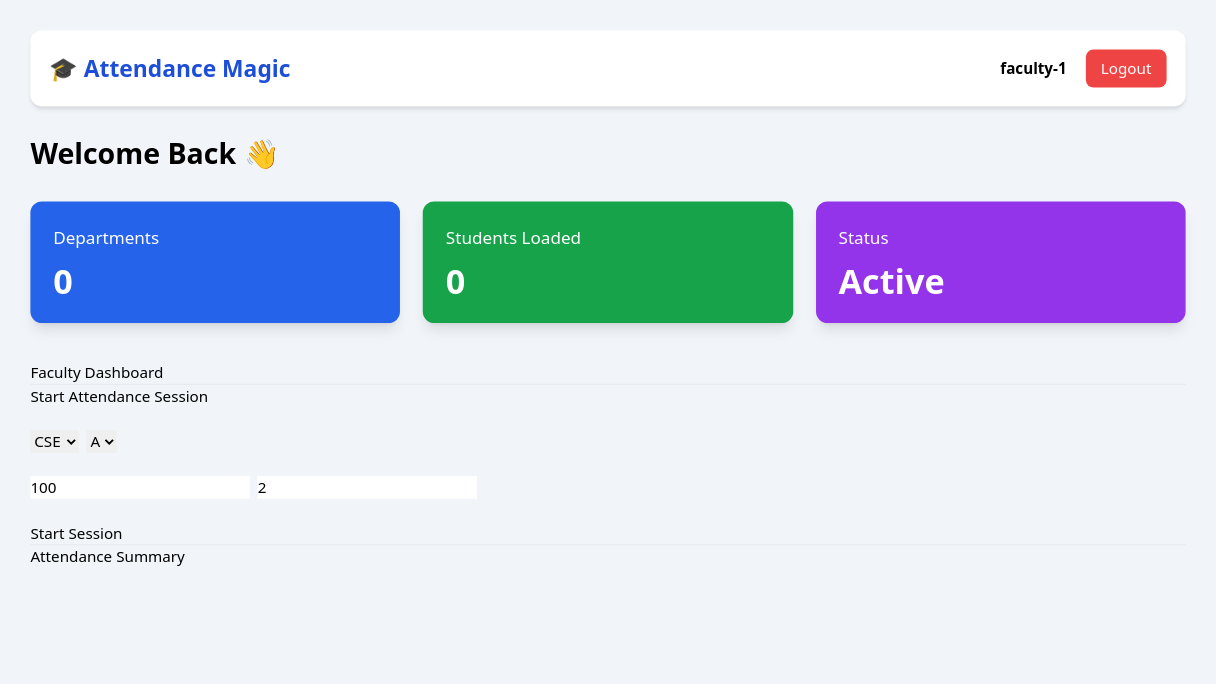
Repository: SparcxSolutions/Attendance_Magic
Page: /faculty (app in frontend/)
An editor plug-in stored every save of this project. The page is shown before and after the next save, followed by the edit.
The browser window is 1280 px wide. The pictures show the whole page, at 95% of full size.
The page's requests for data from a server got no answer. The project was rebuilt for these pictures with package versions that can differ from the ones it lists, and the page was loaded fresh each time. No one was signed in, and anything a server would have sent is missing. Also part of the build but not shown: frontend/vite.config.js, frontend/src/pages/Login.jsx.

Above is the page before, as saved 2026-07-14 17:57:17.

### frontend/src/App.jsx
// import { useState } from "react";
// import axios from "axios";
// import FacultyDashboard from "./components/FacultyDashboard";

// function App() {
//   const [verified, setVerified] = useState(false);
//   const [message, setMessage] = useState("");

//   const [department, setDepartment] = useState("");
//   const [section, setSection] = useState("");
//   const [name, setName] = useState("");
//   const [rollNumber, setRollNumber] = useState("");

//   const [attendanceDone, setAttendanceDone] = useState(false);

//   const verifyLocation = () => {
//     navigator.geolocation.getCurrentPosition(
//       async (position) => {
//         try {
//           const response = await axios.post(
//             "http://127.0.0.1:8000/api/verify-location/",
//             {
//               latitude: position.coords.latitude,
//               longitude: position.coords.longitude,
//             }
//           );

//           if (response.data.verified) {
//             setVerified(true);
//             setMessage("Location Verified ✅");
//           } else {
//             setMessage("Outside Allowed Area ❌");
//           }
//         } catch (error) {
//           if (error.response) {
//             setMessage(error.response.data.message);
//           } else {
//             setMessage("Verification Failed");
//           }
//         }
//       },
//       () => {
//         setMessage("Location Access Denied");
//       }
//     );
//   };

//   const submitAttendance = async () => {
//     try {
//       const response = await axios.post(
//         "http://127.0.0.1:8000/api/mark-attendance/",
//         {
//           department,
//           section,
//           name,
//           roll_number: rollNumber,
//         }
//       );

//       if (response.data.message === "Attendance Marked") {
//         setAttendanceDone(true);
//         setMessage("");
//       }
//     } catch (error) {
//       setMessage(
//         error.response?.data?.message ||
//           "Attendance Failed"
//       );
//     }
//   };

//   return (
//     <div>

//       <h1>Attendance Magic</h1>

//       {!verified && (
//         <button onClick={verifyLocation}>
//           Verify Location
//         </button>
//       )}

//       <h3>{message}</h3>

//       {verified && !attendanceDone && (
//         <div>

//           <h2>Attendance Form</h2>

//           <br />

//           <select
//             value={department}
//             onChange={(e) =>
//               setDepartment(e.target.value)
//             }
//           >
//             <option value="">
//               Select Department
//             </option>

//             <option value="CSE">
//               CSE
//             </option>

//             <option value="CSD">
//               CSD
//             </option>

//             <option value="ECE">
//               ECE
//             </option>
//           </select>

//           <br /><br />

//           <select
//             value={section}
//             onChange={(e) =>
//               setSection(e.target.value)
//             }
//           >
//             <option value="">
//               Select Section
//             </option>

//             <option value="A">
//               A
//             </option>

//             <option value="B">
//               B
//             </option>

//             <option value="C">
//               C
//             </option>

//             <option value="D">
//               D
//             </option>
//           </select>

//           <br /><br />

//           <input
//             type="text"
//             placeholder="Enter Name"
//             value={name}
//             onChange={(e) =>
//               setName(e.target.value)
//             }
//           />

//           <br /><br />

//           <input
//             type="text"
//             placeholder="Enter Roll Number"
//             value={rollNumber}
//             onChange={(e) =>
//               setRollNumber(e.target.value)
//             }
//           />

//           <br /><br />

//           <button onClick={submitAttendance}>
//             Submit Attendance
//           </button>

//         </div>
//       )}

//       {attendanceDone && (

//         <div>

//           <h2>
//             ✅ Attendance Marked Successfully
//           </h2>

//           <p>
//             <strong>Name:</strong> {name}
//           </p>

//           <p>
//             <strong>Roll Number:</strong> {rollNumber}
//           </p>

//           <p>
//             <strong>Department:</strong> {department}
//           </p>

//           <p>
//             <strong>Section:</strong> {section}
//           </p>

//           <h3>
//             Thank You 🎉
//           </h3>

//         </div>

//       )}

//       <hr />

//       <FacultyDashboard />

//     </div>
//   );
// }

// export default App;


import {
    BrowserRouter,
    Routes,
    Route,
} from "react-router-dom";

import Login from "./pages/Login";
import FacultyDashboard from "./pages/FacultyDashboard";

function App() {

    return (

        <BrowserRouter>

            <Routes>

                <Route
                    path="/"
                    element={<Login />}
                />

                <Route
                    path="/faculty"
                    element={<FacultyDashboard />}
                />

            </Routes>

        </BrowserRouter>

    );

}

export default App;

### frontend/src/pages/FacultyDashboard.jsx
import Navbar from "../components/Navbar";
import StatsCard from "../components/StatsCard";
import { useEffect, useState } from "react";
import API from "../services/api";

function FacultyDashboard() {

    const [summary, setSummary] = useState([]);
    const [students, setStudents] = useState([]);

    const [department, setDepartment] = useState("CSE");
    const [section, setSection] = useState("A");
    const [radius, setRadius] = useState(100);
    const [duration, setDuration] = useState(2);

    const [attendanceLink, setAttendanceLink] = useState("");

    useEffect(() => {

        fetchSummary();

    }, []);

    const fetchSummary = async () => {

        try {

            const response = await API.get(
                "attendance-summary/"
            );

            setSummary(response.data);

        }

        catch (error) {

            console.log(error);

        }

    };

    const fetchStudents = async (
        department,
        section
    ) => {

        try {

            const response = await API.get(
                `attendance-list/?department=${department}&section=${section}`
            );

            setStudents(response.data);

        }

        catch (error) {

            console.log(error);

        }

    };

    const startSession = async () => {

        try {

            const response = await API.post(
                "start-session/",
                {
                    department,
                    section,
                    faculty_latitude: 17.385,
                    faculty_longitude: 78.486,
                    radius,
                    duration_minutes: duration
                }
            );

            setAttendanceLink(
                response.data.attendance_link
            );

            alert("Attendance Session Started");

            fetchSummary();

        }

        catch (error) {

            console.log(error);

            alert("Unable to Start Session");

        }

    };

    const departments = {};

    summary.forEach((item) => {

        if (!departments[item.department]) {

            departments[item.department] = [];

        }

        departments[item.department].push(item);

    });

    return (

        <div className="min-h-screen bg-slate-100 p-8">
            <Navbar />

<h1 className="text-3xl font-bold mb-8">
    Welcome Back 👋
</h1>

<div className="grid grid-cols-1 md:grid-cols-3 gap-6 mb-10">

    <StatsCard
        title="Departments"
        value={Object.keys(departments).length}
        color="bg-blue-600"
    />

    <StatsCard
        title="Students Loaded"
        value={students.length}
        color="bg-green-600"
    />

    <StatsCard
        title="Status"
        value="Active"
        color="bg-purple-600"
    />

</div>

            <h1>Faculty Dashboard</h1>

            <hr />

            <h2>Start Attendance Session</h2>

            <br />

            <select
                value={department}
                onChange={(e) =>
                    setDepartment(e.target.value)
                }
            >

                <option value="CSE">CSE</option>

                <option value="CSD">CSD</option>

                <option value="ECE">ECE</option>

            </select>

            &nbsp;&nbsp;

            <select
                value={section}
                onChange={(e) =>
                    setSection(e.target.value)
                }
            >

                <option value="A">A</option>

                <option value="B">B</option>

                <option value="C">C</option>

                <option value="D">D</option>

            </select>

            <br /><br />

            <input
                type="number"
                placeholder="Radius"
                value={radius}
                onChange={(e) =>
                    setRadius(e.target.value)
                }
            />

            &nbsp;&nbsp;

            <input
                type="number"
                placeholder="Duration"
                value={duration}
                onChange={(e) =>
                    setDuration(e.target.value)
                }
            />

            <br /><br />

            <button onClick={startSession}>
                Start Session
            </button>

            {

                attendanceLink && (

                    <div>

                        <hr />

                        <h3>Attendance Link</h3>

                        <p>{attendanceLink}</p>

                        <button

                            onClick={() => {

                                navigator.clipboard.writeText(
                                    attendanceLink
                                );

                                alert("Link Copied");

                            }}

                        >

                            Copy Link

                        </button>

                    </div>

                )

            }

            <hr />

            <h2>Attendance Summary</h2>

            {

                Object.keys(departments).map(

                    (department) => (

                        <div key={department}>

                            <h2>

                                {department}

                            </h2>

                            <hr />

                            {

                                departments[
                                    department
                                ].map(

                                    (item, index) => (

                                        <div key={index}>

                                            <h3>

                                                {item.section} Section

                                            </h3>

                                            <h4>

                                                Students Present :{" "}

                                                {item.student_count}

                                            </h4>

                                            <button

                                                onClick={() =>
                                                    fetchStudents(
                                                        item.department,
                                                        item.section
                                                    )
                                                }

                                            >

                                                View Students

                                            </button>

                                            <br />

                                            <br />

                                        </div>

                                    )

                                )

                            }

                        </div>

                    )

                )

            }

            {

                students.length > 0 && (

                    <div>

                        <hr />

                        <h2>

                            Student List

                        </h2>

                        <table

                            border="1"

                            cellPadding="10"

                            style={{

                                margin: "auto",

                                borderCollapse: "collapse"

                            }}

                        >

                            <thead>

                                <tr>

                                    <th>S.No</th>

                                    <th>Name</th>

                                    <th>Roll Number</th>

                                    <th>Department</th>

                                    <th>Section</th>

                                </tr>

                            </thead>

                            <tbody>

                                {

                                    students.map(

                                        (
                                            student,
                                            index
                                        ) => (

                                            <tr

                                                key={student.id}

                                            >

                                                <td>

                                                    {index + 1}

                                                </td>

                                                <td>

                                                    {student.name}

                                                </td>

                                                <td>

                                                    {student.roll_number}

                                                </td>

                                                <td>

                                                    {student.department}

                                                </td>

                                                <td>

                                                    {student.section}

                                                </td>

                                            </tr>

                                        )

                                    )

                                }

                            </tbody>

                        </table>

                    </div>

                )

            }

        </div>

    );

}

export default FacultyDashboard;

### frontend/src/services/api.js
import axios from "axios";

const API = axios.create({
    baseURL: "http://127.0.0.1:8000/api/",
});

API.interceptors.request.use((config) => {

    const token = localStorage.getItem("access");

    if (token) {

        config.headers.Authorization = `Bearer ${token}`;

    }

    return config;

});

export default API;

### frontend/src/components/Navbar.jsx
function Navbar() {

    const username = "faculty-1";

    return (

        <nav className="bg-white shadow-md rounded-xl p-5 flex justify-between items-center mb-8">

            <div>

                <h1 className="text-2xl font-bold text-blue-700">

                    🎓 Attendance Magic

                </h1>

            </div>

            <div className="flex items-center gap-5">

                <span className="font-semibold">

                    {username}

                </span>

                <button
                    className="bg-red-500 text-white px-4 py-2 rounded-lg hover:bg-red-600"
                >

                    Logout

                </button>

            </div>

        </nav>

    );

}

export default Navbar;

### frontend/src/components/StatsCard.jsx
function StatsCard({

    title,

    value,

    color

}) {

    return (

        <div
            className={`rounded-xl shadow-lg p-6 text-white ${color}`}
        >

            <h2 className="text-lg">

                {title}

            </h2>

            <h1 className="text-4xl font-bold mt-3">

                {value}

            </h1>

        </div>

    );

}

export default StatsCard;

### frontend/src/components/SessionForm.jsx
function SessionForm({

    department,
    section,
    radius,
    duration,

    setDepartment,
    setSection,
    setRadius,
    setDuration,

    startSession

}) {

    return (

        <div className="bg-white rounded-2xl shadow-lg p-8">

            <h2 className="text-2xl font-bold text-gray-800 mb-8">

                🚀 Start Attendance Session

            </h2>

            <div className="grid md:grid-cols-2 gap-6">

                <div>

                    <label className="block font-semibold mb-2">

                        Department

                    </label>

                    <select

                        className="w-full border rounded-xl p-3"

                        value={department}

                        onChange={(e)=>
                            setDepartment(e.target.value)
                        }

                    >

                        <option>CSE</option>
                        <option>CSD</option>
                        <option>ECE</option>

                    </select>

                </div>

                <div>

                    <label className="block font-semibold mb-2">

                        Section

                    </label>

                    <select

                        className="w-full border rounded-xl p-3"

                        value={section}

                        onChange={(e)=>
                            setSection(e.target.value)
                        }

                    >

                        <option>A</option>
                        <option>B</option>
                        <option>C</option>
                        <option>D</option>

                    </select>

                </div>

            </div>

            <div className="grid md:grid-cols-2 gap-6 mt-8">

                <div>

                    <label className="block font-semibold mb-2">

                        📍 Attendance Radius

                    </label>

                    <input

                        type="number"

                        className="w-full border rounded-xl p-3"

                        value={radius}

                        onChange={(e)=>
                            setRadius(e.target.value)
                        }

                    />

                    <p className="text-sm text-gray-500 mt-2">

                        Students must be inside this radius.

                    </p>

                </div>

                <div>

                    <label className="block font-semibold mb-2">

                        ⏱ Session Duration

                    </label>

                    <input

                        type="number"

                        className="w-full border rounded-xl p-3"

                        value={duration}

                        onChange={(e)=>
                            setDuration(e.target.value)
                        }

                    />

                    <p className="text-sm text-gray-500 mt-2">

                        Attendance closes automatically.

                    </p>

                </div>

            </div>

            <button

                onClick={startSession}

                className="mt-10 w-full bg-blue-600 hover:bg-blue-700 text-white font-bold py-4 rounded-xl"

            >

                🚀 Start Attendance Session

            </button>

        </div>

    );

}

export default SessionForm;

Loaded but not shown: frontend/src/main.jsx (common file); frontend/src/index.css (common file); frontend/tailwind.config.js (common file)

After the next save:
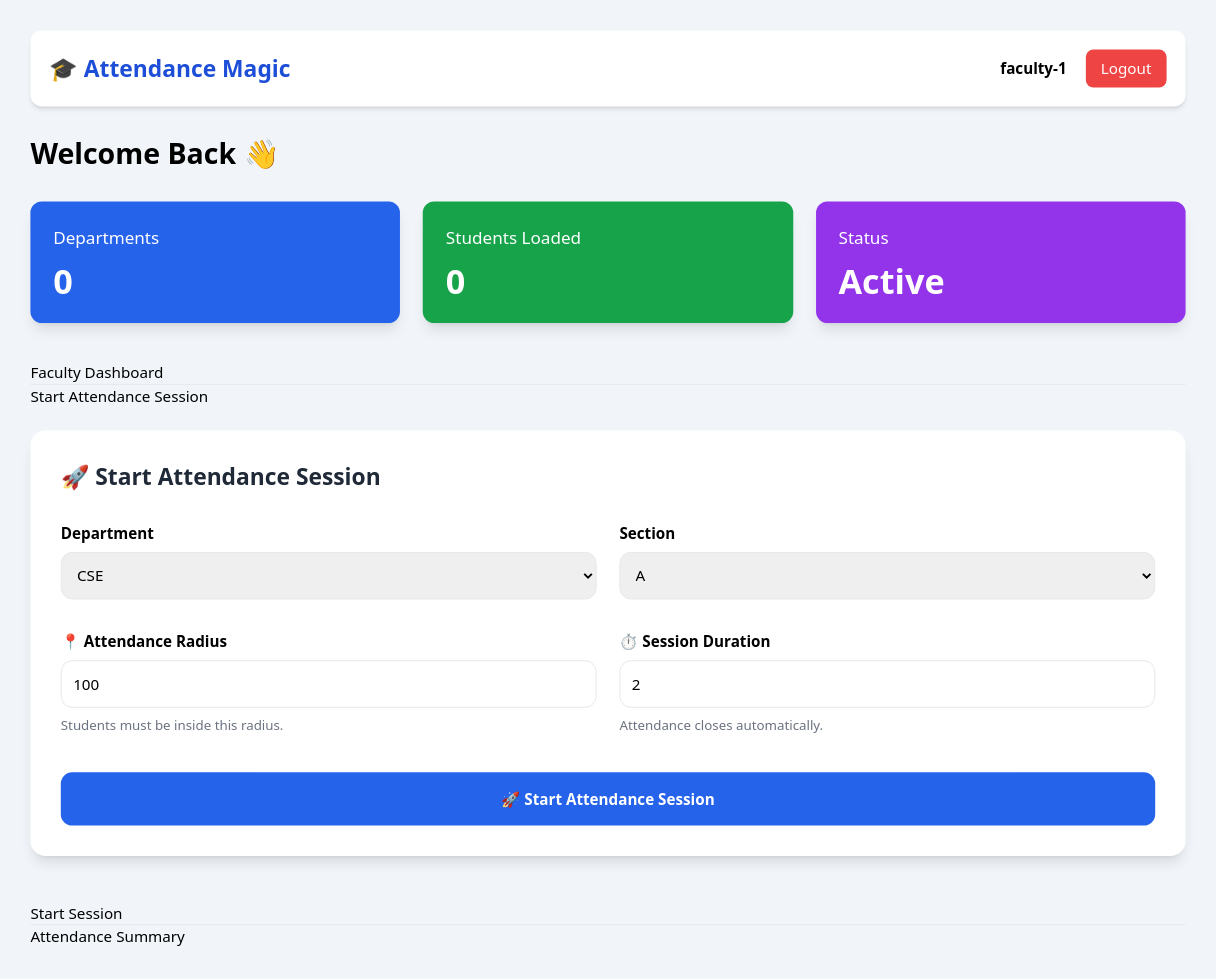
Saved 4 min 41 s later.
--- a/frontend/src/pages/FacultyDashboard.jsx
+++ b/frontend/src/pages/FacultyDashboard.jsx
@@ -2,6 +2,7 @@ import Navbar from "../components/Navbar";
 import StatsCard from "../components/StatsCard";
 import { useEffect, useState } from "react";
 import API from "../services/api";
+import SessionForm from "../components/SessionForm";
 
 function FacultyDashboard() {
 
@@ -153,7 +154,7 @@ function FacultyDashboard() {
 
             <br />
 
-            <select
+            {/* <select
                 value={department}
                 onChange={(e) =>
                     setDepartment(e.target.value)
@@ -207,7 +208,23 @@ function FacultyDashboard() {
                 onChange={(e) =>
                     setDuration(e.target.value)
                 }
-            />
+            /> */}
+
+            <SessionForm
+
+    department={department}
+    section={section}
+    radius={radius}
+    duration={duration}
+
+    setDepartment={setDepartment}
+    setSection={setSection}
+    setRadius={setRadius}
+    setDuration={setDuration}
+
+    startSession={startSession}
+
+/>
 
             <br /><br />
 
